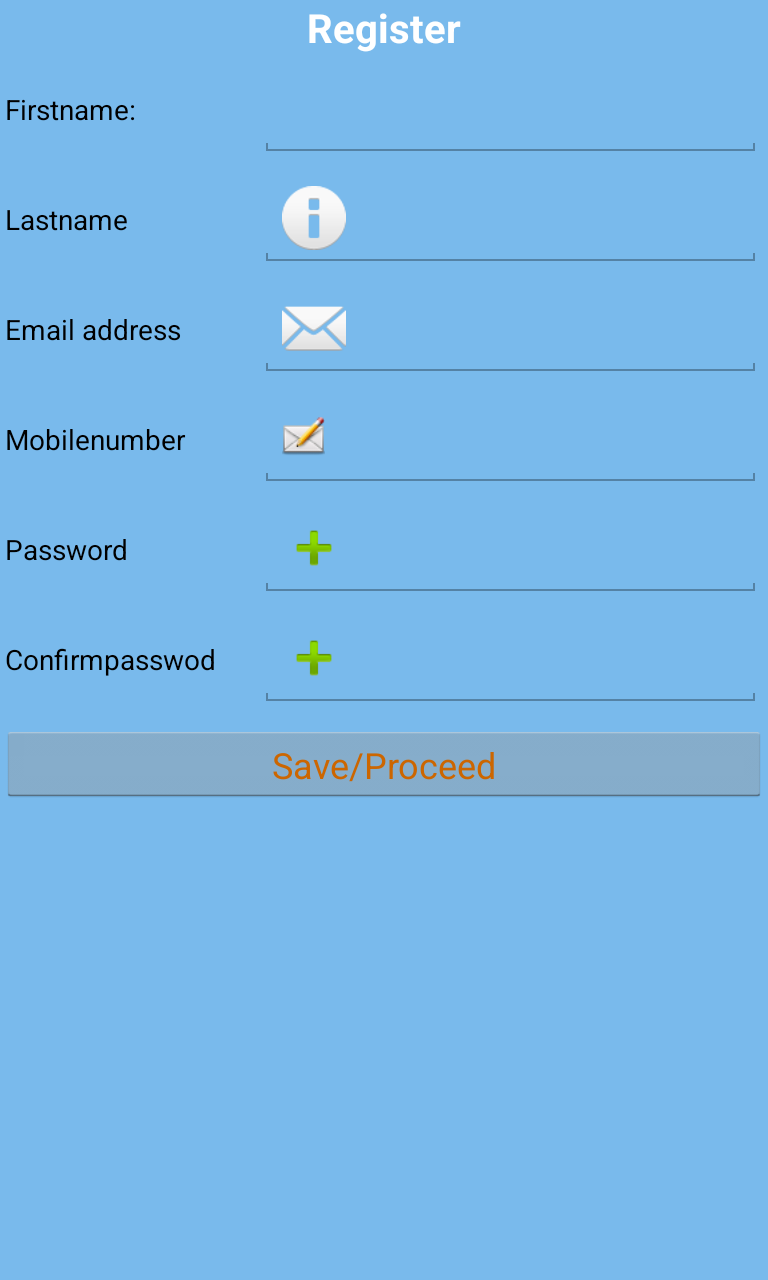
Repository: njiiriJohnii/Android-projects
Layout: Expensetracker/res/layout/register.xml
The author's editor kept a copy of each file at every save. The layout is drawn from the files as they stood at one save, then again after the next save.
It is drawn on a 768 x 1280 px phone screen (xhdpi) without system bars, with theme AppTheme; the app's code is not run.

Above is the layout before, as saved 2014-06-23 16:33:49.

### Expensetracker/res/layout/register.xml
<?xml version="1.0" encoding="utf-8"?>
<LinearLayout xmlns:android="http://schemas.android.com/apk/res/android"
	android:layout_width="fill_parent"
	android:orientation="vertical"
	android:layout_height="fill_parent"
	android:background="#79BAEC"
	android:gravity="center_vertical">
	 <com.bima.ActionBar
        android:id="@+id/actionbar"

        />
			<TextView
			android:layout_width="fill_parent"
			android:layout_height="wrap_content"
			android:text="Register"
			android:textSize="20dp"
			android:textColor="#ffffff"
			android:gravity="center_horizontal"
			android:background="#79BAEC"
			android:textStyle="bold"

		/>
<ScrollView android:id="@+id/ScrollView02"
 android:layout_height="fill_parent"
 android:layout_width="fill_parent"
 android:scrollbars="vertical">
	<LinearLayout
	android:layout_width="fill_parent"
	android:orientation="vertical"
	android:layout_height="fill_parent"
	>

	<TableRow android:id="@+id/row1"
	android:layout_width="fill_parent"
		android:layout_height="50dip"
		android:layout_margin="5px">
		<TextView
		    android:layout_width="fill_parent"
			android:layout_height="fill_parent"
			android:layout_weight="2"
			android:gravity="center_vertical"
			android:text="Firstname:"
			android:textColor="#000000" />

		<EditText
		android:id="@+id/txtidnos"
		android:layout_width="fill_parent"
		android:layout_height="fill_parent"
		android:gravity="center_vertical"
		android:layout_weight="1"
		android:inputType="text"
		android:textColor="#000000"
		/>
	</TableRow>

	<TableRow
	android:id="@+id/row2"
	android:layout_width="fill_parent"
	android:layout_height="50dip"
	android:layout_margin="5px">
		<TextView
		android:layout_width="fill_parent"
			android:layout_height="fill_parent"
			android:gravity="center_vertical"
			android:text="Lastname"
			android:layout_weight="2"
			android:textColor="#000000" />

		<EditText
		          android:id="@+id/txtfarmno"
		          android:layout_width="fill_parent"
			      android:layout_height="fill_parent"
			      android:gravity="center_vertical"
			      android:layout_weight="1"
				  android:inputType="text"
			      android:drawableLeft="@android:drawable/ic_dialog_info"
			/>
	</TableRow>



	<TableRow
	android:id="@+id/row3"
	android:layout_width="fill_parent"
	android:layout_height="50dip"
	android:layout_margin="5px">
		<TextView
		    android:layout_width="fill_parent"
			android:layout_height="fill_parent"
			android:gravity="center_vertical"
			android:text="Email address"
			android:layout_weight="2"
			android:textColor="#000000" />

		<EditText android:id="@+id/edtemail"
		android:layout_width="fill_parent"
			android:layout_height="fill_parent"
			android:gravity="center_vertical"
			android:layout_weight="1"
			android:drawableLeft="@android:drawable/ic_dialog_email"
			/>
	</TableRow>

	<TableRow
	android:id="@+id/row3"
	android:layout_width="fill_parent"
	android:layout_height="50dip"
	android:layout_margin="5px">
		<TextView
		android:layout_width="fill_parent"
			android:layout_height="fill_parent"
			android:gravity="center_vertical"
			android:text="Mobilenumber"
			android:layout_weight="2"
			android:inputType="number"
			android:textColor="#000000" />

		<EditText android:id="@+id/txtcrops"
		android:layout_width="fill_parent"
			android:layout_height="fill_parent"
			android:gravity="center_vertical"
			android:layout_weight="1"
			android:drawableLeft="@drawable/sighnup"
			/>
	</TableRow>

	<TableRow
	android:id="@+id/row3"
	android:layout_width="fill_parent"
	android:layout_height="50dip"
	android:layout_margin="5px">
		<TextView
		    android:layout_width="fill_parent"
			android:layout_height="fill_parent"
			android:gravity="center_vertical"
			android:text="Password"
			android:layout_weight="2"
			android:textColor="#000000" />

		<EditText android:id="@+id/txtfarmcounty"
		android:layout_width="fill_parent"
			android:layout_height="fill_parent"
			android:gravity="center_vertical"
			android:layout_weight="1"
			 android:inputType="textPassword"
			android:drawableLeft="@android:drawable/ic_input_add"
			/>
	</TableRow>

<TableRow
	android:id="@+id/row3"
	android:layout_width="fill_parent"
	android:layout_height="50dip"
	android:layout_margin="5px">
		<TextView
		android:layout_width="fill_parent"
			android:layout_height="fill_parent"
			android:gravity="center_vertical"
			android:text="Confirmpasswod"
			android:layout_weight="2"
			android:textColor="#000000" />

		<EditText android:id="@+id/txtfarmlocation"
		android:layout_width="fill_parent"
			android:layout_height="fill_parent"
			android:gravity="center_vertical"
			android:layout_weight="1"
			android:drawableLeft="@android:drawable/ic_input_add"
			/>
	</TableRow>
	<TableRow
	android:layout_width="fill_parent"
		android:layout_height="40dip"
		android:gravity="center"
		android:layout_marginTop="10px">

		<Button
		android:text="Save/Proceed"

			android:layout_width="fill_parent"
			android:layout_height="fill_parent"
			android:gravity="center"
			android:onClick = "Save"
			android:textColor="#cc6600"
			>

		</Button>

	</TableRow>

		<TableRow
	android:layout_width="fill_parent"
		android:layout_height="90dip"
		android:gravity="center"
		android:layout_marginTop="10px">


	</TableRow>
</LinearLayout>
</ScrollView>
</LinearLayout>

Loaded but not shown: Expensetracker/res/values/styles.xml (common file); Expensetracker/res/values-v11/styles.xml (common file); Expensetracker/res/values-v14/styles.xml (common file)

After the next save:
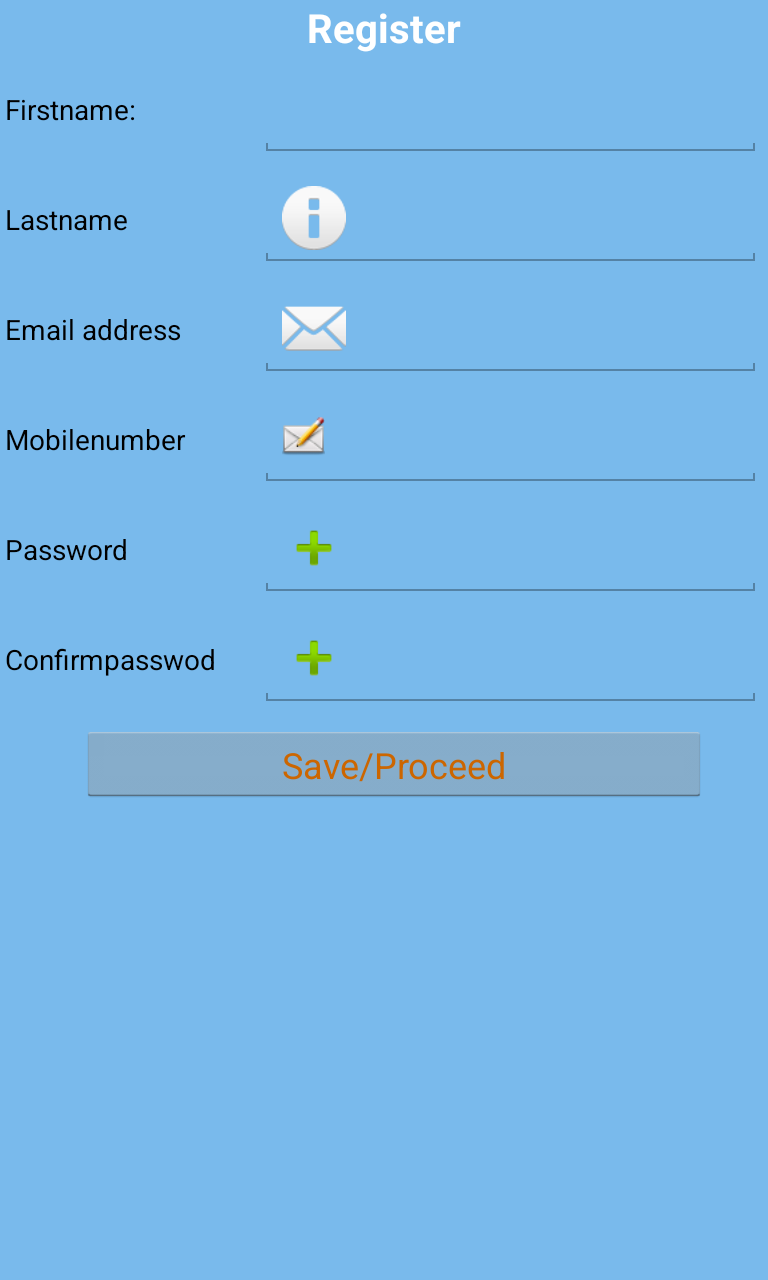
Saved 5 min 24 s later.
--- a/Expensetracker/res/layout/register.xml
+++ b/Expensetracker/res/layout/register.xml
@@ -175,10 +175,11 @@
 		android:layout_marginTop="10px">
 
 		<Button
-		android:text="Save/Proceed"
-
-			android:layout_width="fill_parent"
-			android:layout_height="fill_parent"
+	        android:text="Save/Proceed"
+            android:layout_width="fill_parent"
+			android:layout_height="fill_parent"
+			android:layout_marginLeft="40dp"
+			android:layout_marginRight="30dp"
 			android:gravity="center"
 			android:onClick = "Save"
 			android:textColor="#cc6600"
